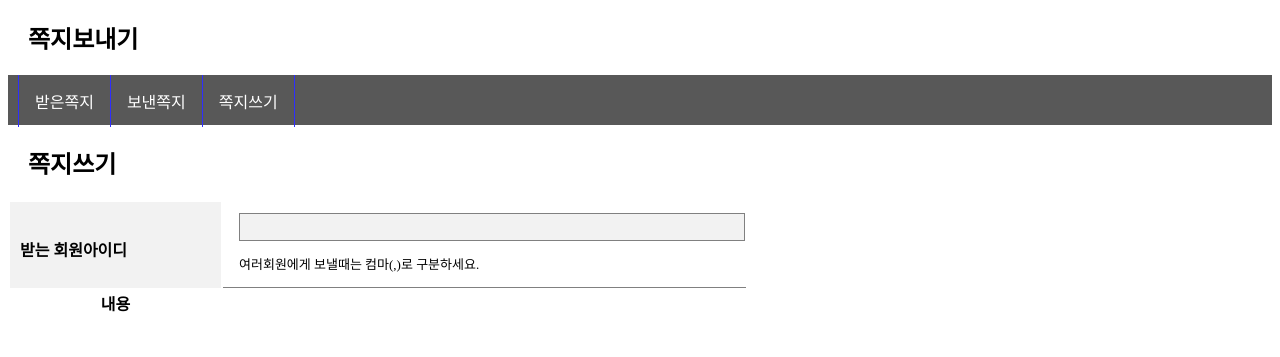
Repository: ks12b0000/JSP-School-Class
Page: chap10_JSP/src/main/webapp/Test/sendMessage.html
These files come from the project's save history. The page is drawn as it stood at one moment and after the next save; the edit follows.
The browser window is 1280 px wide. The pictures show the whole page.

Above is the page before, as saved 2022-06-04 11:21:44.

### chap10_JSP/src/main/webapp/Test/sendMessage.html
<!DOCTYPE html>
<html>
<head>
	<meta charset="UTF-8">
	<meta name="viewport" content="width=device-width, initial-scale=1.0">
	<title>쪽지쓰기</title>
	<link rel="stylesheet" href="loginWrite.css" />
</head>
<body>
	<h2>쪽지보내기</h2>
	<div class="menu1">
		<ul>
			<li><a href="#" id="a1">받은쪽지</a></li>
			<li><a href="#">보낸쪽지</a></li>
			<li><a href="#">쪽지쓰기</a></li>
		</ul>
	</div>
	<h2>쪽지쓰기</h2>
	<table>
		<tr class="Profile3">
			<th id="id12"><strong>받는 회원아이디</strong></th>
			<td><input type="text" /><br/><p>여러회원에게 보낼때는 컴마(,)로 구분하세요.</p></td>
		</tr>
		<tr>
			<th><strong>내용</strong></th>
		</tr>
	</table>
</body>
</html>

### chap10_JSP/src/main/webapp/Test/loginWrite.css
@charset "UTF-8";
	body h2 {
		margin-left: 20px;
	}
	.login1 {
		width: 500px;
		border: 1px solid gray;
		margin: 40px;
		padding: 40px;

	}
	.login1 #id {
		width: 400px;

		padding: 4px;
	}
	.login1 #id input {

		margin-left: 30px;
	}
	.login1 #pw {

		padding: 4px;
	}
	.login1 #pw input {

		margin-left: 52px;
	}
	.login1 #login_Bt {
		text-align: right;
		margin-top: -50px;
		margin-right: 120px;
	}
	.login1 #login_Bt input {
		margin-left: 5px;
		padding: 12px;
		border: 1px solid white;
		background-color: #A5DF00;
		color: white;
	}
	.login1 #login_Ck {
		margin-top: 10px;
	}
	.login2 {
		border: 1px solid gray;
		font-size: 13px;
		background-color: #F2F2F2;
		width: 500px;
		margin: 40px;
		padding: 40px;
		margin-top: -50px;

	}
	.login2 h3 {
		margin-top: -20px;
		margin-left: -30px;
	}
	.login2 p {
		margin-top: -20px;
		margin-left: -30px;
	}
	.login2 form {
		margin-top: 10px;
		margin-left: 250px;

	}
	.login2 #idpw_bt {
		border: 1px solid white;
		background-color: #A5DF00;
		color: white;
	}
	.login2 #signup {
		border: 1px solid #BFFF00;
		background-color: white;
		color: #80FF00;
	}
	body #mainback {
		margin-left: 220px;
		text-decoration: none;
		color: black;
	}
	body #em2 {
		border-top: 1px solid gray;
		margin-left: 20px;
		padding-top: 15px;
	}
	#email1 {
		margin-left: 20px;
		font-size: 19px;
	}
	#email1 input {
		width: 500px;
		height: 30px;
	}
	.button {
		margin-top: 40px;
		margin-left: 250px;
	}
	.button #Confirm {
		margin-left: 5px;
		padding: 12px;
		width: 150px;
		border: 1px solid white;
		background-color: #A5DF00;
		color: white;
	}
	.button #close {
		margin-left: 5px;
		padding: 12px;
		width: 100px;
		border: 1px solid white;
		background-color: #0B3B39;
		color: white;
	}
	body #tm2 {
		color: red;
		text-align: center;
	}
	body #tm3,#tm5 {
		text-align: center;
	}
	body #tm4,#tm6 {
		border: 1px solid black;
		width: 1300px;
		height: 300px;
		background-color: #D8D8D8;
		margin-left: 10px;
	}
	#terms_Ck,#terms_Ck2 {
		text-align: right;
	}
	#signup3 {
		text-align: center;
	}
	#signup3 input {
		margin-left: 5px;
		padding: 12px;
		border: 1px solid white;
		background-color: #A5DF00;
		color: white;
	}
	.button3 {
		text-align: right;
		margin-top: -50px;
		margin-right: 10px;
	}
	.button3 #notebox {
		border: 1px solid #BFFF00;
		background-color: white;
		color: #80FF00;
		padding: 6px;
	}
	.button3 #Revise {
		border: 1px solid #BFFF00;
		background-color: white;
		color: #80FF00;
		padding: 6px;
	}
	.button3 #secession {
		border: 1px solid white;
		background-color: #A5DF00;
		color: white;
		padding: 6px;
	}
	.Profile {
		border: 1px solid gray;
		border-collapse: collapse;
		margin-top: 15px;
		width: 100%;
		height: 150px;
		background-color: #FAFAFA;
	}
	.Profile th,td {
		border-bottom: 1px solid gray;
	}
	.Profile2 {
		border-top: 3px solid black;
		width: 100%;
		background-color: #F2F2F2;
		height: 50px;
		border-bottom: 1px solid gray;
		margin-top: 20px;
	}
	#hh3 {
		margin-left: 10px;
	}
	.Contents {
		text-align: center;
		margin-top: 100px;
		border-bottom: 1px solid gray;
		height: 100px;
	}
	.menu1 ul {
		background-color: #585858;
		height: 50px;
		margin: 0;
		padding: 0;
		list-style: none;

	}
	.menu1 li {
		float: left;
		border-right: 1px solid #2E2EFE;
	}
	.menu1 li a {
		padding-left: 10px;
		color: white;
		text-decoration: none;
		display: block;
		text-align: center;
		padding: 14px 16px;
	}
	.menu1 #a1 {
		border-left: 1px solid #2E2EFE;
		margin-left: 10px;
	}
	.guide {
		text-align: left;
	}
	.button2 {
		text-align: center;
	}
	.button2 #close2 {
		text-align: center;
		padding: 10px;
		width: 80px;
		border: 1px solid white;
		background-color: #0B4C5F;
		color: white;
	}
	.Profile3 {
		border-top: 3px solid black;
		width: 100%;
		height: 50px;
		border-bottom: 1px solid gray;
		margin-top: 20px;
	}
	.Profile3 #id12 {
		margin-top: 20px;
		padding-left:10px;
		padding-top: 10px;
		text-align: left;
		width: 200px;
		background-color: #F2F2F2;
		height: 60px;
	}
	.Profile3 input {
		background-color: #F2F2F2;
		margin-left: 15px;
		margin-top: 10px;
		padding-top: 10px;
		border: 1px solid gray;
		width: 500px;
	}
	.Profile3 p {
		font-size: 13px;
		margin-left: 15px;

	}

After the next save:
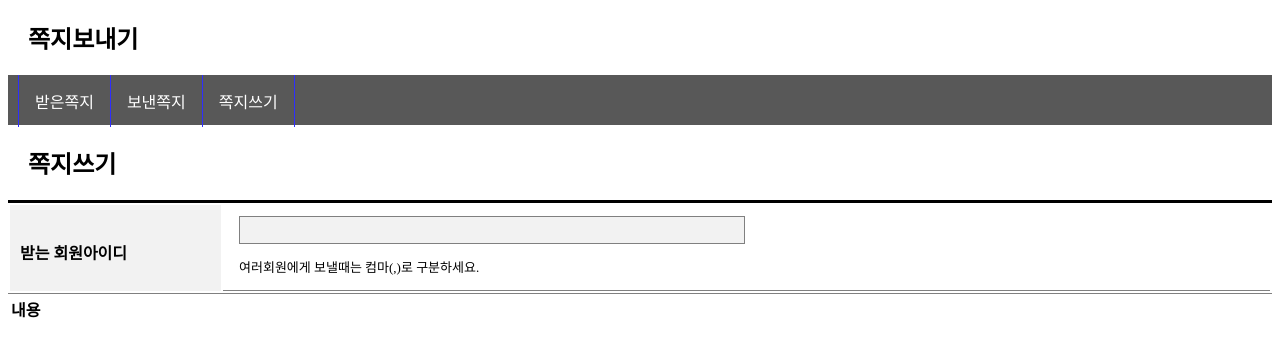
Saved 59 s later.
--- a/chap10_JSP/src/main/webapp/Test/sendMessage.html
+++ b/chap10_JSP/src/main/webapp/Test/sendMessage.html
@@ -16,11 +16,13 @@
 		</ul>
 	</div>
 	<h2>쪽지쓰기</h2>
-	<table>
-		<tr class="Profile3">
+	<table class="Profile3">
+		<tr>
 			<th id="id12"><strong>받는 회원아이디</strong></th>
 			<td><input type="text" /><br/><p>여러회원에게 보낼때는 컴마(,)로 구분하세요.</p></td>
 		</tr>
+	</table>
+	<table>
 		<tr>
 			<th><strong>내용</strong></th>
 		</tr>
